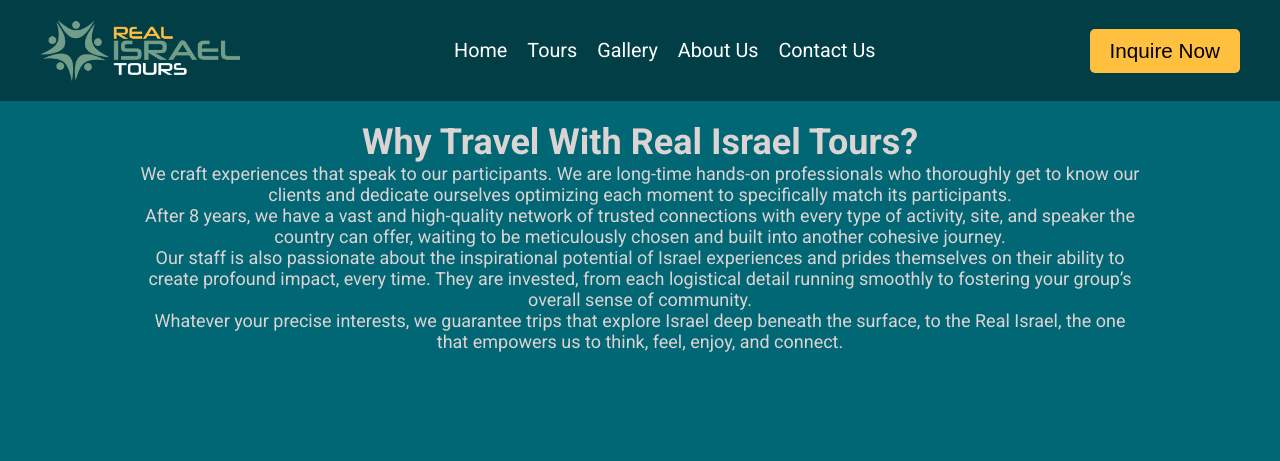
Repository: Pafestivo/realIsraelTours
Page: / (app in frontend/)
These files come from the project's save history. The page is drawn as it stood at one moment and after a run of saves; the edit follows.
The browser window is 1280 px wide. The pictures show the whole page.
The project was rebuilt for these pictures with package versions that can differ from the ones it lists, and the page was loaded fresh each time. The framework's server and built-in components were replaced by stand-ins that run in the browser. Also part of the build but not shown: frontend/next.config.js.

Above is the page before, as saved 2023-09-19 19:59:26.

### frontend/src/app/layout.tsx
import type { Metadata } from "next";
import "@/styles/globals.css";
import { roboto } from "@/app/fonts";

export const metadata: Metadata = {
  title: "Real Israel Tours",
  description: "Plan your next tour",
};

export default function RootLayout({
  children,
}: {
  children: React.ReactNode;
}) {
  return (
    <html lang="en">
      <body className={roboto.className}>{children}</body>
    </html>
  );
}

### frontend/src/app/page.tsx
import Header from "@/components/Header";
import "@/styles/homePage.css";

export default function Home() {
  return (
    <div>
      <Header />
      <div className="pageContainer">
        <h1>Why Travel With Real Israel Tours?</h1>
        <div className="info-block">
          We craft experiences that speak to our participants. We are long-time
          hands-on professionals who thoroughly get to know our clients and
          dedicate ourselves optimizing each moment to specifically match its
          participants.
        </div>
        <div className="info-block">
          After 8 years, we have a vast and high-quality network of trusted
          connections with every type of activity, site, and speaker the country
          can offer, waiting to be meticulously chosen and built into another
          cohesive journey.
        </div>
        <div className="info-block">
          Our staff is also passionate about the inspirational potential of
          Israel experiences and prides themselves on their ability to create
          profound impact, every time. They are invested, from each logistical
          detail running smoothly to fostering your group’s overall sense of
          community.
        </div>
        <div className="info-block">
          Whatever your precise interests, we guarantee trips that explore
          Israel deep beneath the surface, to the Real Israel, the one that
          empowers us to think, feel, enjoy, and connect.
        </div>
      </div>
    </div>
  );
}

### frontend/src/styles/globals.css
:root {
  --main-bg-color: #016774;
  --main-text-color: #dcd3d3;
}

* {
  padding: 0;
  margin: 0;
  box-sizing: border-box;
}

body {
  font-size: 18px;
  background-color: var(--main-bg-color);
}

a {
  color: inherit;
  text-decoration: none;
}

### frontend/src/app/fonts.tsx
import { Inter, Merriweather, Roboto } from "next/font/google";

export const inter = Inter({ subsets: ["latin"] });

export const merriweather = Merriweather({
  weight: ["400", "700"],
  style: ["normal", "italic"],
  subsets: ["latin"],
  display: "swap",
});

export const roboto = Roboto({
  weight: ["400", "700"],
  style: ["normal", "italic"],
  subsets: ["latin"],
  display: "swap",
});

// export const Mooli = Mooli({
//   weight: ["400", "700"],
//   style: ["normal", "italic"],
//   subsets: ["latin"],
//   display: "swap",
// });

### frontend/src/components/Header.tsx
"use client";
import React, { useState } from "react";
import Image from "next/image";
import logo from "@/assets/logo.png";
import "@/styles/header.css";
import Link from "next/link";

const Header = () => {
  const [isMenuOpen, setMenuOpen] = useState(false);

  const toggleMenu = () => {
    setMenuOpen(!isMenuOpen);
  };

  return (
    <div className="header">
      <Image className="headerLogo" src={logo} alt="logo" />
      <div className={`navbar ${isMenuOpen ? "open" : ""}`}>
        <Link href="/">Home</Link>

        <Link href="/">Tours</Link>

        <Link href="/">Gallery</Link>

        <Link href="/">About Us</Link>

        <Link href="/">Contact Us</Link>
      </div>
      <button onClick={toggleMenu} className="hamburger">
        ☰
      </button>
      <button className="inquire">Inquire Now</button>
    </div>
  );
};

export default Header;

### frontend/src/styles/homePage.css
.pageContainer {
  display: flex;
  flex-direction: column;
  justify-content: center;
  margin: 0 auto;
  padding: 20px 100px;
  max-width: 1200px;
  text-align: center;
  color: var(--main-text-color);
}

### frontend/src/styles/header.css
.header {
  display: flex;
  justify-content: space-between;
  align-items: center;
  background-color: rgba(0, 0, 0, 0.4);
  padding: 20px 40px;
  z-index: 1000;
}

.headerLogo {
  width: 200px;
  height: auto;
}

.navbar {
  display: flex;
  font-size: 1.1em;
  color: white;
  justify-content: space-around;
  align-items: center;
  column-gap: 20px;
}

button {
  background-color: #ffc03f;
  border: none;
  font-size: 1.15em;
  padding: 10px 20px;
  cursor: pointer;
  border-radius: 5px;
}

.hamburger {
  display: none;
}

@media screen and (max-width: 768px) {
  .navbar {
    position: fixed;
    left: -300px;
    top: 100px;
    bottom: 0;
    width: 300px;
    flex-direction: column;
    background-color: rgba(0, 0, 0, 0.8);
    transition: left 0.3s ease-in-out;
    gap: 0;
  }

  .navbar.open {
    left: 0;
  }

  .hamburger, .inquire {
    display: block;
  }

  .inquire {
    display: none;
  }
}

/* Media query for very large screens */
@media screen and (min-width: 1440px) {
  .navbar {
    font-size: 1.5em;
  }

  button {
    font-size: 1.5em;
  }
}

After the next 2 saves:
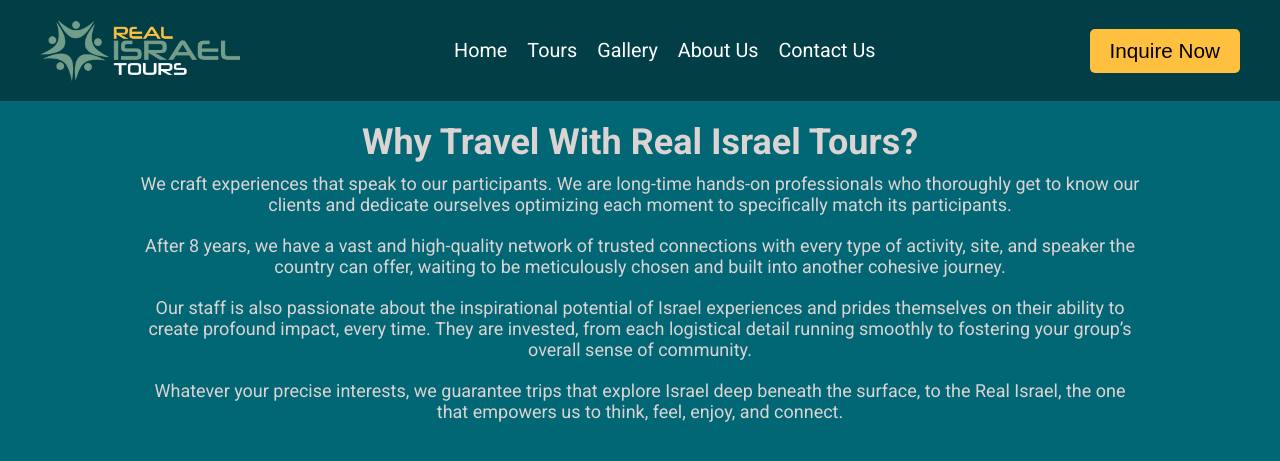
The 2 saves are shown as one change because they came seconds apart.
The last was saved 37 s later.
--- a/frontend/src/styles/homePage.css
+++ b/frontend/src/styles/homePage.css
@@ -8,3 +8,7 @@
   text-align: center;
   color: var(--main-text-color);
 }
+
+.info-block {
+  margin: 10px 0;
+}
